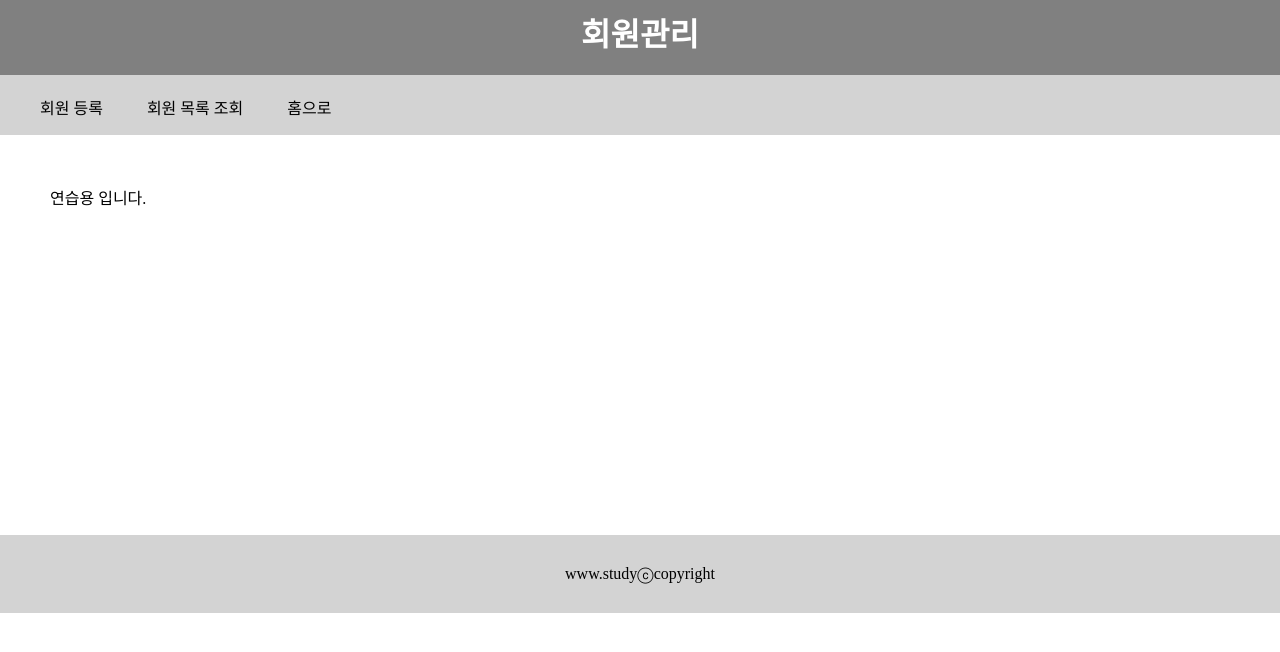
Repository: jieun000/Craftsman_Information_Processing
Page: http://localhost/00_study/
These files come from the project's save history. The page is drawn as it stood at one moment and after the next save; the edit follows.
The browser window is 1280 px wide. The pictures show the whole page.
The page is served by Tomcat 9. Other server files are loaded and not shown.

Above is the page before, as saved 2023-07-02 13:56:17.

### 00_study/WebContent/index.jsp
<%@ page language="java" contentType="text/html; charset=UTF-8"
    pageEncoding="UTF-8"%>

<%@ include file="header.jsp" %>
<!DOCTYPE html>
<html>
<head>
<meta charset="UTF-8">
<title>Insert title here</title>

</head>
<body>
	<p style="height: 300px; padding: 50px;">연습용 입니다.</p>
<%@ include file="footer.jsp" %>
</body>
</html>

### 00_study/WebContent/header.jsp
<%@ page language="java" contentType="text/html; charset=UTF-8"
    pageEncoding="UTF-8"%>
<!DOCTYPE html>
<html>
<head>
<meta charset="UTF-8">
<title>Insert title here</title>
<style>
	* {
		margin: 0px;
		padding: 0px;
	}
	header {
		width: 100%;
		height: 75px;
		background: gray;
		color: white;
		text-align: center;
		line-height: 70px;
	}
	nav {
		height: 20px;
		background: lightgray;
		padding: 20px;
	}
	a {
		text-decoration: none;
		color: black;
		padding:20px;
	}
</style>
</head>
<body>
	<header>
		<h1>회원관리</h1>
	</header>
	<nav>
		<a href="">회원 등록</a>
		<a href="">회원 목록 조회</a>
		<a href="">홈으로</a>
	</nav>
</body>
</html>

### 00_study/WebContent/footer.jsp
<%@ page language="java" contentType="text/html; charset=UTF-8"
    pageEncoding="UTF-8"%>
<!DOCTYPE html>
<html>
<head>
<meta charset="UTF-8">
<title>Insert title here</title>
</head>
<body>
	<footer style="padding: 30px; text-align: center; background: lightgray;">
		www.studyⓒcopyright
	</footer>
</body>
</html>

After the next save:
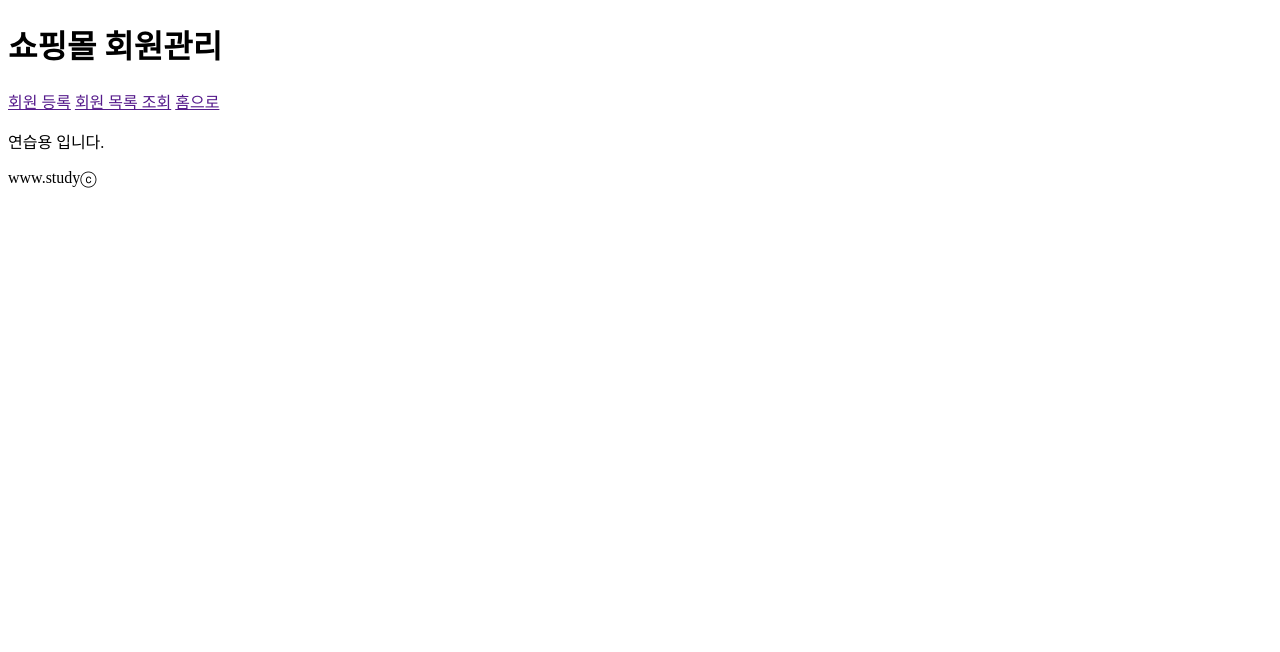
Saved 21 s later.
--- a/00_study/WebContent/index.jsp
+++ b/00_study/WebContent/index.jsp
@@ -1,16 +1,21 @@
 <%@ page language="java" contentType="text/html; charset=UTF-8"
     pageEncoding="UTF-8"%>
-
-<%@ include file="header.jsp" %>
 <!DOCTYPE html>
 <html>
 <head>
 <meta charset="UTF-8">
 <title>Insert title here</title>
-
 </head>
 <body>
-	<p style="height: 300px; padding: 50px;">연습용 입니다.</p>
-<%@ include file="footer.jsp" %>
+	<h1>쇼핑몰 회원관리</h1>
+	<nav>
+		<a href="">회원 등록</a>
+		<a href="">회원 목록 조회</a>
+		<a href="">홈으로</a>
+	</nav>
+	<p>연습용 입니다.</p>
+	<footer>
+		www.studyⓒ
+	</footer>
 </body>
 </html>
